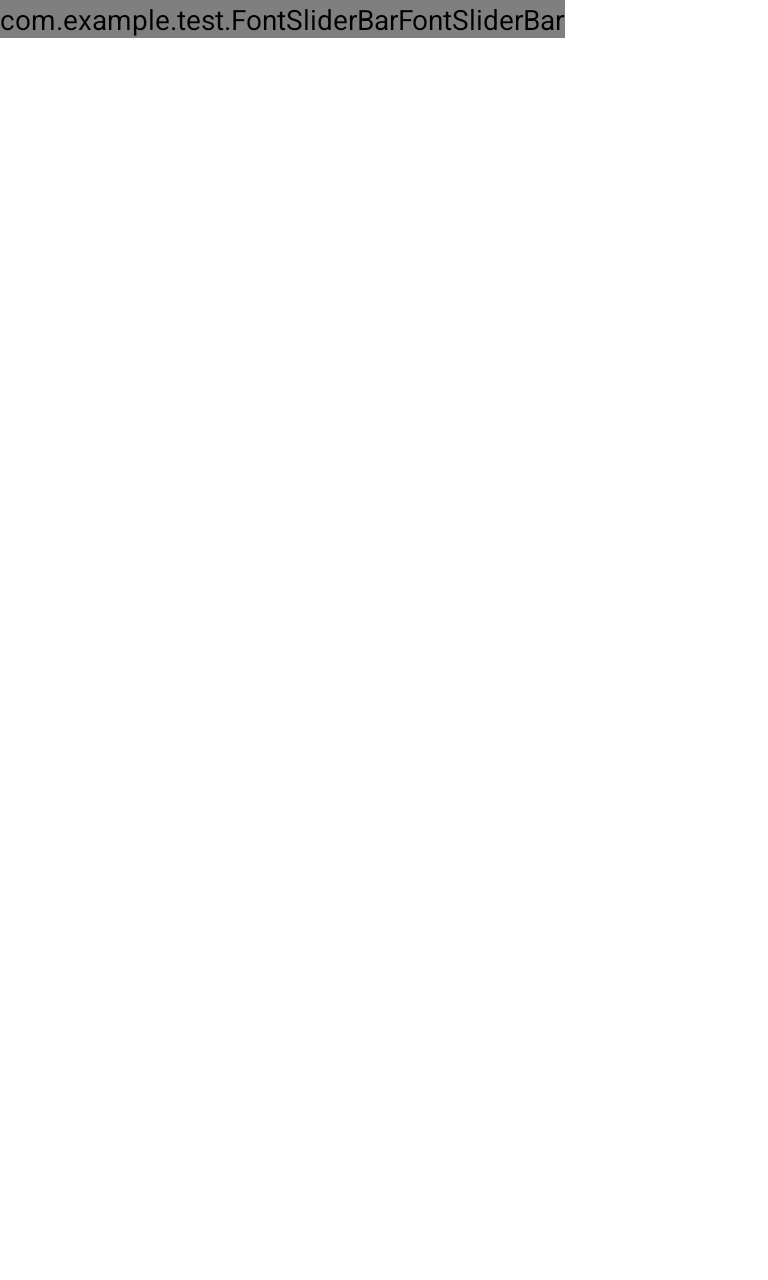
Repository: MichaelChansn/HostAndSlave
Layout: Test/res/layout/activity_main.xml
The author's editor kept a copy of each file at every save. The layout is drawn from the files as they stood at one save, then again after the next save.
Pictures or frames that could not be fetched are drawn as grey boxes. It is drawn on a 768 x 1280 px phone screen (xhdpi) without system bars, with theme AppTheme; the app's code is not run.

Above is the layout before, as saved 2016-08-22 08:34:58.

### Test/res/layout/activity_main.xml
<RelativeLayout xmlns:android="http://schemas.android.com/apk/res/android"
    xmlns:tools="http://schemas.android.com/tools"
    android:layout_width="match_parent"
    android:layout_height="match_parent"
    tools:context="com.example.test.MainActivity" >

     <com.example.test.FontView
        android:layout_width="wrap_content"
        android:layout_height="wrap_content"
        android:text="@string/hello_world" />

<!-- <com.example.test.MultiCricleView
     android:layout_width="wrap_content"
        android:layout_height="wrap_content"
    /> -->
    <com.example.test.FontSliderBarFontSliderBar
        android:layout_width="wrap_content"
        android:layout_height="wrap_content"
        />
</RelativeLayout>

Loaded but not shown: Test/res/values/styles.xml (common file); Test/res/values-v11/styles.xml (common file); Test/res/values-v14/styles.xml (common file); Test/res/values/strings.xml (common file)

After the next save:
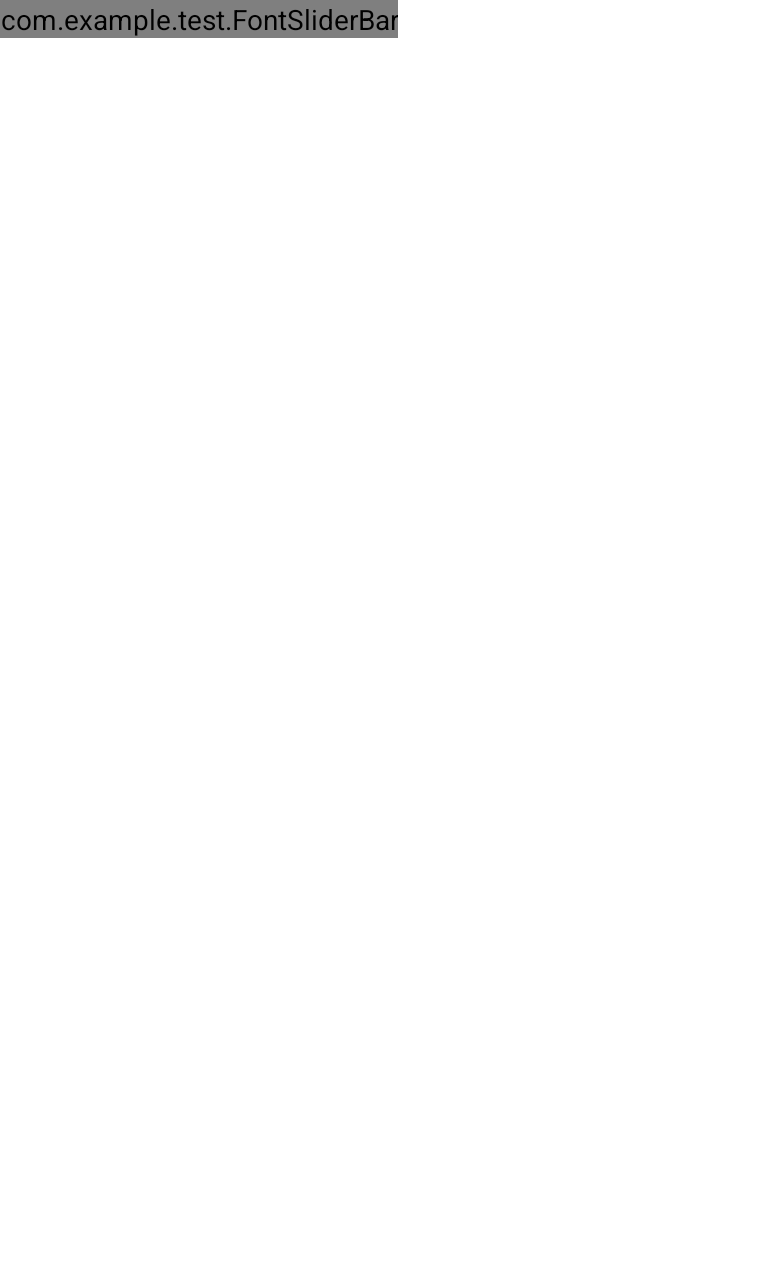
Saved 55 s later.
--- a/Test/res/layout/activity_main.xml
+++ b/Test/res/layout/activity_main.xml
@@ -13,7 +13,7 @@
      android:layout_width="wrap_content"
         android:layout_height="wrap_content"
     /> -->
-    <com.example.test.FontSliderBarFontSliderBar
+    <com.example.test.FontSliderBar
         android:layout_width="wrap_content"
         android:layout_height="wrap_content"
         />
